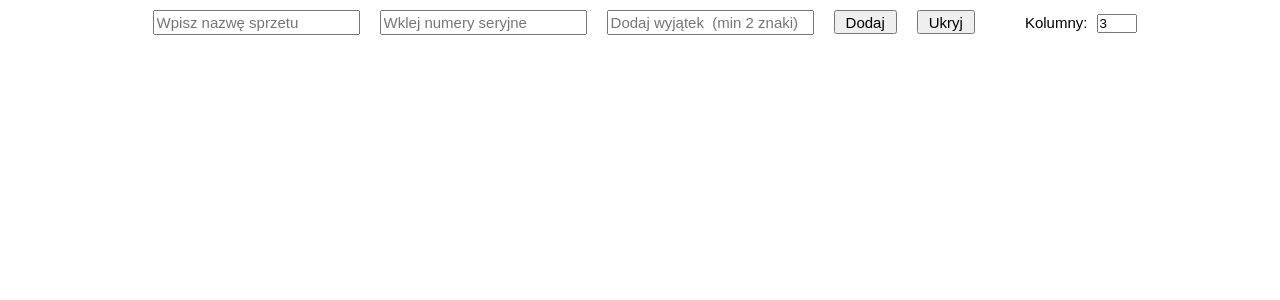
Repository: sypekk/codes-printer
Page: /
These files come from the project's save history. The page is drawn as it stood at one moment and after the next save; the edit follows.
The browser window is 1280 px wide. The pictures show the whole page.
Some web fonts or font styles are not loaded; a fallback is used. The project was rebuilt for these pictures with package versions that can differ from the ones it lists, and the page was loaded fresh each time. Also part of the build but not shown: src/components/Name/Name.js, src/components/Serial/Serial.js, src/components/Table/Table.js.

Above is the page before, as saved 2019-05-03 17:55:26.

After the next save:
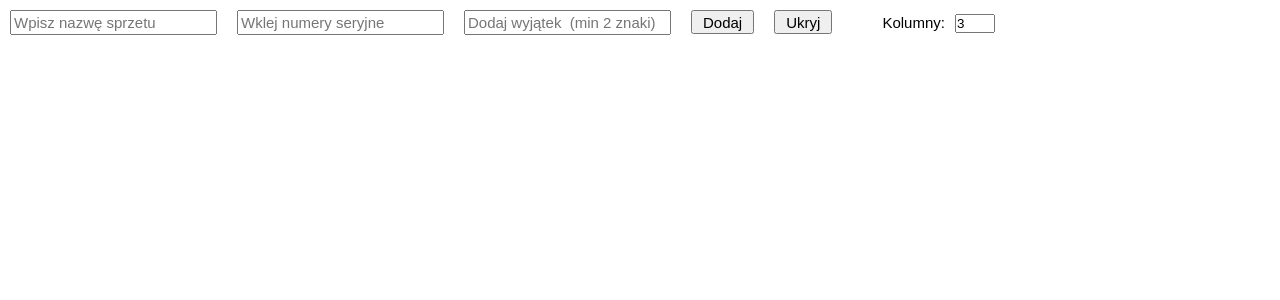
Saved 78 s later.
--- a/src/components/Inputer/Inputer.js
+++ b/src/components/Inputer/Inputer.js
@@ -13,7 +13,7 @@
 `;
 
 const Inputer = ({ changeFn, hideFn, addFn, exceptions, text, title, columns, ...props }) => (
-  <div disabled={props.off ? true : false} className="App">
+  <div disabled={props.off ? true : false} >
     <StyledInput placeholder='Wpisz nazwę sprzetu' name='title' onChange={changeFn} value={title} />
     <StyledInput placeholder='Wklej numery seryjne' name='text' type="text" onChange={changeFn} value={text} />
     <StyledInput placeholder='Dodaj wyjątek  (min 2 znaki)' name='exceptions' onChange={changeFn} value={exceptions} />

After the save that followed:
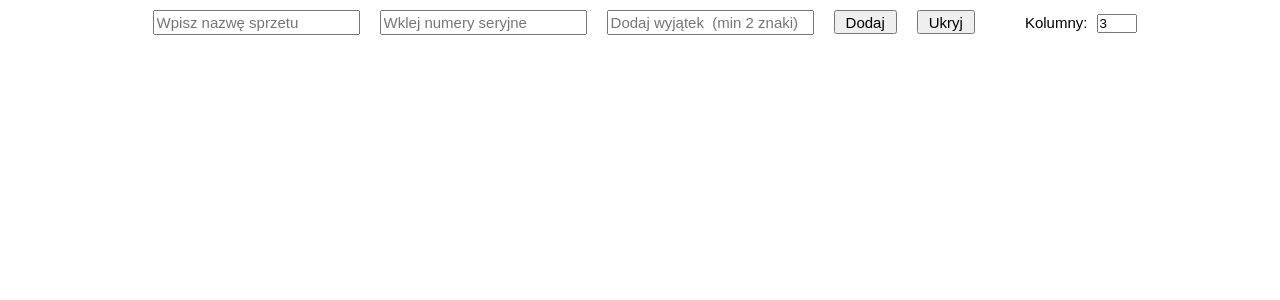
Saved 65 s later.
--- a/src/components/Inputer/Inputer.js
+++ b/src/components/Inputer/Inputer.js
@@ -12,8 +12,12 @@
   margin: 0px 10px;
 `;
 
+const Wrapper = styled.div`
+  text-align: center;
+`;
+
 const Inputer = ({ changeFn, hideFn, addFn, exceptions, text, title, columns, ...props }) => (
-  <div disabled={props.off ? true : false} >
+  <Wrapper disabled={props.off ? true : false} >
     <StyledInput placeholder='Wpisz nazwę sprzetu' name='title' onChange={changeFn} value={title} />
     <StyledInput placeholder='Wklej numery seryjne' name='text' type="text" onChange={changeFn} value={text} />
     <StyledInput placeholder='Dodaj wyjątek  (min 2 znaki)' name='exceptions' onChange={changeFn} value={exceptions} />
@@ -24,7 +28,7 @@
       <StyledNumberInput type='number' min='2' max='9' name='columns' onChange={changeFn} value={columns} />
     </label>
 
-  </div>
+  </Wrapper>
 )
 
 export default Inputer;
